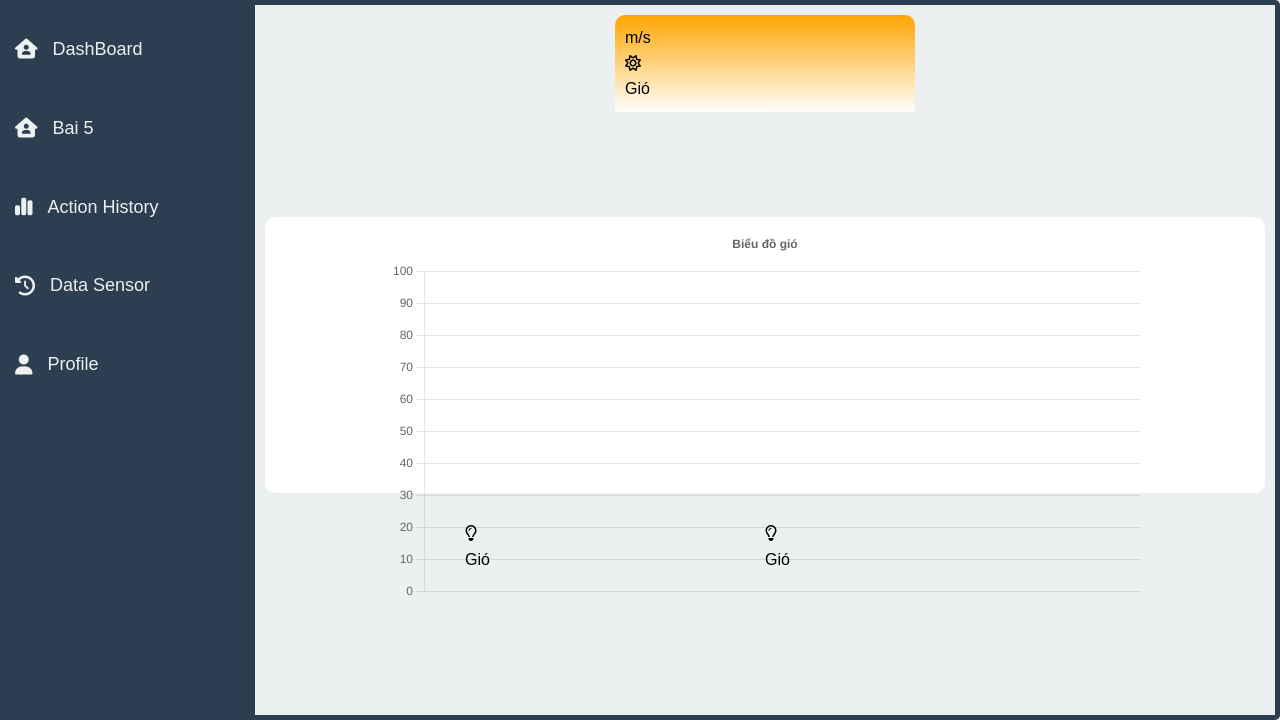
Repository: duongnoob23/duyyyy
Page: /bai5 (app in iot/)
An editor plug-in stored every save of this project. The page is shown before and after the next save, followed by the edit.
The browser window is 1280 px wide. The pictures show the whole page.
The page's requests for data from a server got no answer. Some web libraries are served in a nearby version. The project was rebuilt for these pictures with package versions that can differ from the ones it lists, and the page was loaded fresh each time. No one was signed in, and anything a server would have sent is missing. Also part of the build but not shown: iot/src/App.css, iot/src/Components/Doughnut/GaugeChart.js, iot/src/Components/LineChart/LineChartECharts.js, iot/src/Pages/Home/Home.js, iot/src/Pages/DataLogs/DataLogs.js, iot/src/Pages/Profile/Profile.css, iot/src/Pages/Profile/Profile.js, iot/src/Pages/Action/Action.js and 1 more.

Above is the page before, as saved 2024-12-02 21:10:57.

### iot/public/index.html
<!DOCTYPE html>
<html lang="en">
  <head>
    <meta charset="utf-8" />
    <link rel="icon" href="%PUBLIC_URL%/favicon.ico" />
    <meta name="viewport" content="width=device-width, initial-scale=1" />
    <meta name="theme-color" content="#000000" />
    <meta
      name="description"
      content="Web site created using create-react-app"
    />
    <link rel="apple-touch-icon" href="%PUBLIC_URL%/logo192.png" />
    <!--
      manifest.json provides metadata used when your web app is installed on a
      user's mobile device or desktop. See https://developers.google.com/web/fundamentals/web-app-manifest/
    -->
    <link rel="manifest" href="%PUBLIC_URL%/manifest.json" />
    <!--
      Notice the use of %PUBLIC_URL% in the tags above.
      It will be replaced with the URL of the `public` folder during the build.
      Only files inside the `public` folder can be referenced from the HTML.

      Unlike "/favicon.ico" or "favicon.ico", "%PUBLIC_URL%/favicon.ico" will
      work correctly both with client-side routing and a non-root public URL.
      Learn how to configure a non-root public URL by running `npm run build`.
    -->
    <link rel="stylesheet" href="https://cdnjs.cloudflare.com/ajax/libs/font-awesome/6.6.0/css/all.min.css" integrity="sha512-Kc323vGBEqzTmouAECnVceyQqyqdsSiqLQISBL29aUW4U/M7pSPA/gEUZQqv1cwx4OnYxTxve5UMg5GT6L4JJg==" crossorigin="anonymous" referrerpolicy="no-referrer" />
    <title>React App</title>
    <script src="https://code.highcharts.com/highcharts.js"></script>
  </head>
  <body>
    <noscript>You need to enable JavaScript to run this app.</noscript>
    <div id="root"></div>
    <!--
      This HTML file is a template.
      If you open it directly in the browser, you will see an empty page.

      You can add webfonts, meta tags, or analytics to this file.
      The build step will place the bundled scripts into the <body> tag.

      To begin the development, run `npm start` or `yarn start`.
      To create a production bundle, use `npm run build` or `yarn build`.
    -->
  </body>
</html>

### iot/src/index.js
import React from 'react';
import { DatePicker } from 'antd';
import ReactDOM from 'react-dom/client';
import './index.css';
import App from './App';
import reportWebVitals from './reportWebVitals';
import { BrowserRouter } from 'react-router-dom';


const root = ReactDOM.createRoot(document.getElementById('root'));
root.render(
  // <React.StrictMode>
  <BrowserRouter>
    <App />
  </BrowserRouter>

  // </React.StrictMode>
);


reportWebVitals();

### iot/src/index.css
body {
  margin: 0;
  font-family: -apple-system, BlinkMacSystemFont, 'Segoe UI', 'Roboto', 'Oxygen',
    'Ubuntu', 'Cantarell', 'Fira Sans', 'Droid Sans', 'Helvetica Neue',
    sans-serif;
  -webkit-font-smoothing: antialiased;
  -moz-osx-font-smoothing: grayscale;
}

code {
  font-family: source-code-pro, Menlo, Monaco, Consolas, 'Courier New',
    monospace;
}

*{
  box-sizing: border-box;
  font-family: Arial, Helvetica, sans-serif;
}

html{
  font-size: 62.5%;
}

ul,li{
  list-style-type: none;
  margin: 0;
  padding:0;
}
a{
  text-decoration: none;
}

body{
  margin: 0;
  padding: 0;

}

### iot/src/App.js
// import logo from './logo.svg';
import './App.css';
import Layout from './Components/Layout/Layout';
import { Routes,Route} from 'react-router-dom';
import Home from './Pages/Home/Home';
import DataLogs from './Pages/DataLogs/DataLogs';
import Profile from './Pages/Profile/Profile';
import Action from './Pages/Action/Action';
import Bai5 from './Pages/Bai5/Bai5';
function App() {
  return (
    <>

      <Routes>
          <Route path="/" element = {<Layout/>}>
            <Route path='home' element={<Home/>}/>
            <Route path='bai5' element={<Bai5 />}/>
            <Route path='datalogs' element={<DataLogs/>}/>
            <Route path='profile' element={<Profile/>}/>
            <Route path='action' element={<Action/>}/>
          </Route>
      </Routes>
    </>
  );
}

export default App;

### iot/src/Components/Layout/Layout.js
import './Layout.css'
import { Link, Outlet, } from "react-router-dom";
// import { useState } from "react";

function Layout(){

    return (
        <>

        <div className="dashBoard">
        <div className="sideBar">
            <ul className="sideBar-list">
                <li className="sideBar-item">
                    {/* <a  href="#" className="sideBar-icon">
                        <i className="fa-solid fa-house-user">
                        </i>
                        <span className='sideBar-text'>DashBoard</span>
                    </a> */}
                    <Link className='sideBar-icon' to={"/home"}>
                        <i className="fa-solid fa-house-user">
                        </i>
                        <span className='sideBar-text'>DashBoard</span>
                    </Link>
                </li>
                <li className="sideBar-item">
                    <Link className='sideBar-icon' to={"/bai5"}>
                        <i className="fa-solid fa-house-user">
                        </i>
                        <span className='sideBar-text'>Bai 5</span>
                    </Link>
                </li>
                <li className="sideBar-item">
                <Link  className="sideBar-icon" to={"/action"}>
                    <i className="fa-solid fa-chart-simple"></i>
                        <span className='sideBar-text'>Action History</span>
                    </Link>
                </li>
                <li className="sideBar-item">
                    <Link className="sideBar-icon" to={"/datalogs"} >
                    <i className="fa-solid fa-clock-rotate-left"></i>
                        <span className='sideBar-text'> Data Sensor</span>
                    </Link>
                </li>
                <li className="sideBar-item">

                    <Link className="sideBar-icon" to={"/profile"}>
                        <i className="fa-solid fa-user"></i>
                        <span className='sideBar-text'>Profile</span>
                    </Link>
                </li>
            </ul>
        </div>
        <div className="sideMain">
            <Outlet/>
        </div>
    </div>
        </>
    )
}

export default Layout;

### iot/src/Components/Layout/Layout.css


/* Reset default padding and margins */
* {
    margin: 0;
    padding: 0;
    box-sizing: border-box;
}

/* DashBoard container */
.dashBoard {
    display: flex;
    height : 100vh;
    font-family: 'Roboto', sans-serif;
}

/* SideBar styling */
.sideBar {
    width: 250px;
    background-color: #2c3e50;
    padding: 20px 0;
    position: fixed;
    height: 100%;
    transition: all 0.3s ease;
}

.sideBar-list {
    list-style: none;
    padding-left: 0;
}

.sideBar-item {
    margin-bottom: 20px;
}

.sideBar-icon {
    display: flex;
    align-items: center;
    padding: 15px;
    color: #ecf0f1;
    text-decoration: none;
    transition: background 0.3s ease, color 0.3s ease;
}

.sideBar-icon i {
    margin-right: 15px;
    font-size: 20px;
}

/* Hover effect for sidebar items */
.sideBar-icon:hover {
    background-color: #34495e;
    color: #1abc9c;
    cursor: pointer;
    padding-left: 25px; /* Add a slide effect */
    transition: all 0.3s ease;
}

.sideBar-text {
    font-size: 18px;
}

/* Active link effect */
.sideBar-icon.active {
    background-color: #1abc9c;
    color: #fff;
    border-radius: 8px;
    transition: all 0.3s ease;
}

/* SideMain styling */
.sideMain {
    margin-left: 250px;
    background-color: #ecf0f1;
    flex-grow: 1;
}

/* Responsive Design */
@media screen and (max-width: 768px) {
    .sideBar {
        width: 200px;
    }

    .sideBar-icon {
        padding: 10px;
    }

    .sideMain {
        margin-left: 200px;
        padding: 20px;
    }
}

@media screen and (max-width: 576px) {
    .sideBar {
        width: 60px;
    }

    .sideBar-icon i {
        margin-right: 0;
        text-align: center;
        flex: 1;
    }

    .sideBar-text {
        display: none;
    }

    .sideMain {
        margin-left: 60px;
        padding: 10px;
    }
}

### iot/src/Pages/Home/Home.css
/* General Styling */
.main {
    display: flex;
    flex-direction: column;
    height : 100%; /* Chiếm toàn bộ chiều cao của màn hình */

    box-sizing: border-box; /* Đảm bảo padding không làm thay đổi kích thước */
}

.section {
  width: 100%;
  height : 100%;
}



.section-one{
    width: 100vh;
    height : 100%;
    display: flex;
    flex-direction: row;

}

.left{
  width: 75%;
}

.right{
  width: 25%;
}

.sensor{
    height: 30%;
}


.sensor-list {
    height: 100%;
    display: flex;
    list-style-type: none;
    padding: 0;
    margin: 0;
    justify-content: space-between; /* Rải đều các phần tử trong container */
    width: 100%; /* Chiếm toàn bộ chiều rộng của màn hình */
}

.sensor-item {
    flex: 1; /* Các phần tử sẽ tự động chiếm đều không gian */
    /* padding: 5px; */
    background-color: #ffffff;
    border-radius: 12px;
    box-shadow: 0 4px 12px rgba(0, 0, 0, 0.1);
    display: flex;
    flex-direction: column;
    align-items: center;
    text-align: center;
    margin: 10px;
    min-width: 50px; /* Đảm bảo các phần tử không quá nhỏ */
}
  .sensor-item .sensor-digit {
    font-size: 1.2em;
    font-weight: bold;
    margin-bottom: 5px;
    color: #333;
  }

  .sensor-item:nth-child(2){
    /* margin:10px 20px; */
  }

  .sensor-bar {
    width: 100%;
    height: 100px;
    background-color: #e0e0e0;
    border-radius: 8px;
    position: relative;
    overflow: hidden;
    margin: 10px 0;
  }

  .sensor-fill {
    position: absolute;
    bottom: 0;
    width: 100%;
    border-radius: 8px;
  }

  .sensor-item.light .sensor-fill {
    background-color: #ffb74d; /* Soft orange for light */
  }

  .sensor-item.temperature .sensor-fill {
    background-color: #ef5350; /* Soft red for temperature */
  }

  .sensor-item.humidity .sensor-fill {
    background-color: #42a5f5; /* Soft blue for humidity */
  }

  .label {
    font-size: 0.9em;
    font-weight: 600;
    color: #777;
  }
  /* Chart Section */
  .chart {
    height: 70%;
    width: 100%;
    /* margin-top: 20px; */
    /* margin: 15px; */
    padding: 0;
  }
.styleChart{
  aspect-ratio: 7/3;
}
  /* Electric Section */
  .electric {
    width: 100%;
    margin-top: 5px;
  }

  .electric-list {
    list-style: none;
    padding: 0;
    margin: 0;
    display: flex;
    flex-direction: column;
    justify-content: space-around;
    gap: 15px;
  }

  .electric-item {
    /* flex: 1; */
    text-align: center;
    padding: 20px;
    background-color: #f9f9f9;
    border-radius: 10px;
    box-shadow: 0px 4px 10px rgba(0, 0, 0, 0.1);
    transition: transform 0.3s ease, box-shadow 0.3s ease;
    width: 300px;
  }




  .electric-box {
    position: relative;
    margin-bottom: 10px;
  }

  .electric-input {
    display: none;
  }

  .electric-label {
    display: block;
    width: 60px;
    height: 30px;
    background-color: #ddd;
    border-radius: 15px;
    position: relative;
    cursor: pointer;
    transition: background-color 0.3s;
  }



  .electric-input:checked + .electric-label {
    background-color: #4caf50;
  }

  .electric-input:checked + .electric-label:before {
    left: 31px;
  }

  .on-off {
    font-weight: bold;
    margin-top: 8px;
    font-size: 16px;
  }

  .electric-item i {
    font-size: 36px;
    color: #4caf50;
  }

  .electric-item .light-icon,
  .electric-item .temp-icon,
  .electric-item .air-icon {
    color: #aaa;
  }

/* css button  */

### iot/src/Components/Helper/URL.js
export const URL = "http://localhost:3001";

### iot/src/Pages/DataLogs/DataLogs.css
*{
    box-sizing: border-box;
}
.table {
    width: 90%;
    border-collapse: collapse;
    margin: 10px;
    border-radius:10px;
    overflow: hidden;
}

.data{
    border:5px solid #2c3e50;
    border-radius: 0 5px 5px 0;
    height: 100%;
}

.table__body{
    border-radius: 10px;
    border: 2px solid #2c3e50;
}

.table__head{
    border: 2px solid #2c3e50;
}
th, td {
    padding: 10px;
    text-align: center;
    border-bottom: 1px solid #ddd;
}
th {
    background-color: #2c3e50;
    color: white;
}

.table-row__body{
    transition: all 0.1s linear;

}
.table-row__body:nth-child(even){
    background-color: #eee;

}
.table-row__body:hover{
    background-color: #2c3e50;
    color: #F4C427;

}

.table-row__body:active{
    background-color: #2c3e50;
    color: #F4C427;
}
.data__title{
    margin-left: 10px;
    font-size: 20px;
    font-weight: bold;
}

.data__sort{
    margin-left: 10px;
    font-size: 15px;
    font-weight: bold;
    margin-bottom: 10px;

}

.data__in{
    border-radius: 10px;
    border: 2px solid #7A40F2;
    margin: 10px;
}

### iot/src/Pages/Action/Action.css
* {
    box-sizing: border-box;
    font-family: 'Arial', sans-serif; /* Change this to your preferred font */
    font-size: 16px; /* Default font size */
    line-height: 1.6; /* Controls line spacing */
}


.action {
    border: 5px solid #2c3e50;
    border-radius: 0 5px 5px 0;
    height: 100vh; /* Full viewport height */
    display: flex;
    flex-direction: column;
    justify-content: space-between; /* Distribute space evenly */
}

.action-title {
    margin-left: 10px;
    font-size: 24px;
    font-weight: bold;
    margin-bottom: 20px;
}

.option {
    display: flex;
    align-items: center;
    margin-bottom: 20px;
}

.search {
    margin-left: 20px;
    display: flex;
    align-items: center;
}

.search__input {
    padding: 8px 15px;
    border-radius: 8px;
    outline: none;
    border: 1px solid #2c3e50;
    margin-right: 5px;
    font-size: 16px;
}

.search__icon {
    cursor: pointer;
    font-size: 20px;
    color: #2c3e50;
}

.select, .select2 {
    margin-left: auto;
    padding: 0 10px;
}

.select__list {
    padding: 8px 12px;
    border-radius: 8px;
    border: 1px solid #2c3e50;
    outline: none;
    font-size: 16px;
}

/* Table container to control overflow */
.table__container {
    flex-grow: 1;
    overflow-y: auto;
    border-radius: 10px;
    margin: 0 20px;
    padding-bottom: 20px;
}

.table {
    width: 100%;
    border-collapse: collapse;
}

.table__head {
    background-color: #2c3e50;
    color: white;
    border-radius: 10px 10px 0 0;
}

.table-row__head th, .table-row__body td {
    padding: 10px;
    text-align: center;
}

.table-row__body:nth-child(even) {
    background-color: #f7f7f7;
}

.table-row__body:hover {
    background-color: #2c3e50;
    color: #F4C427;
}

/* Maintain height to ensure 10 rows fill the page */
.table-row__body {
    height: 40px; /* Adjust this based on design preferences */
    transition: background-color 0.3s;
}

.table__body {
    border-radius: 0 0 10px 10px;
}

.pagination {
    margin-right: 20px;
    padding: 10px 0;
    text-align: right;
}

.pagi__list {
    display: flex;
    justify-content: flex-end;
    align-items: center;
    font-size: 16px;
}

.pagi__item {
    margin: 0 5px;
    cursor: pointer;
    padding: 5px 10px;
    border: 1px solid #3498db;
    border-radius: 5px;
    transition: background-color 0.3s;
}

.pagi__next, .pagi__pre {
    color: #3498db;
}

.pagi__cur {
    font-weight: bold;
    color: #fff;
    background-color: #15181b;
    border-radius: 5px;
    padding: 5px 10px;
}

/* Ensure last row visibility */
.table__container::-webkit-scrollbar {
    width: 6px;
}

.table__container::-webkit-scrollbar-thumb {
    background-color: #121518;
    border-radius: 10px;
}

### iot/src/Pages/Bai5/Bai5.css
.main{
    width: 100%;
    padding:10px;
    height: 100%;
    border:5px solid #2c3e50;
    border-radius: 0 5px 5px 0;
}


.section{
}

.section .section-two{
    height: 100%;
    width: 100%;
    display: flex;
    flex-direction: column;
}



.electric{
    background-color: white;
    /* padding:10px; */
    border-radius: 15px;
    /* margin-bottom: 15px; */
}

.electric-list{
    display: flex;
    justify-content: center;
    align-items: center;
    margin-left: -20px;
    height: 100%;
}

.electric-item{
    width: 80%;
    height: calc(100% / 3 - 10px);
    margin-left: 20px;
    /* background-color: white; */
    border-radius: 10px;
    padding: 10px;
    box-shadow: rgba(0, 0, 0, 0.35) 0px 5px 15px;
    color:#2c3e50;
    display: flex;
    flex-direction: column;
    justify-content: space-between;
    font-size: 15px;
    transition: all 0.25s linear;
    position: relative;
    /* cursor: pointer; */
}

/* .electric-item:hover{
    background-color: #2c3e50;
    color: white;
    box-shadow: #2c3e50 3px 3px 9px 0px;
} */

.electric-item i{
    font-size: 40px;
}

.electric-item .on-off{
    font-size: 20px;
    color: black;
    margin-top: 0;
}

.electric-item:hover .on-off{
    /* color:white; */
}

.electric-input{
    display: none;
}

.electric-input:checked + .electric-label{
    background-color: #2c3e50;
    box-shadow: white 0px 5px 15px;
}

.electric-input:checked + .electric-label:after{
    background-color: white;
    transform: translateX(17px);
}
.electric-input:checked .temperature{
    color: #2c3e50;
}


.electric-label{
    position: absolute;
    top:20px;
    right: 20px;
    width: 36px;
    height: 20px;
    border-radius: 20px;
    background-color: #F5F5F5;
    transition: all 0.25s linear;
    cursor: pointer;
}

.electric-label:after{
    cursor: pointer;
    content: "";
    position:  absolute;
    top:1px;
    left: 1px;
    width: 18px;
    height: 18px;
    border-radius: 50%;
    background-color: white;
    transition: all 0.25s linear;
    box-shadow: rgba(0, 0, 0, 0.35) 0px 5px 15px;
}

.electric-item .electric-light{
    display: inline-block;
    font-size: 40px;
    color: black;
    transition: all 0.4s linear;
    display: flex;
    justify-content: center;
    align-items: center;
}
.electric-item .electric-light.show{
    color: yellow;
    /* box-shadow: 0 0 3px 3px yellow; */
    filter: drop-shadow(0 0 10px rgba(255, 255, 0, 0.8)) drop-shadow(0 0 20px rgba(255, 255, 0, 0.642));
}

.electric-item .electric-air{
    display: flex;
    justify-content: center;
    align-items: center;
    color:black;
}

.electric-item .electric-air.show{
    content: "";
    animation:spin 2s linear infinite;
    color:#3acbe9;
    transition: all 0.4s linear;
}

.electric-item .electric-temperature{
    display: flex;
    justify-content: center;
    align-items: center;
    color:black;
}

.electric-item .electric-temperature.show{
    /* color: linear-gradient(to top,red ,yellow ); */
    background-image: linear-gradient(to top,red,yellow);
    color:transparent;
    background-clip: text;
    transition: all 0.4s linear;
}

@keyframes spin {
    to{
        transform: rotate(720deg);
    }
  }

.meter{
    background-color: white;
    padding:10px;
    border-radius: 15px;
    margin-bottom: 5px;
}

.meter-list{
    display: flex;
    justify-content: center;
    align-items: center;
    margin-left: -20px;
}

.meter-item{
    width: calc(100% / 3 - 20px);
    height: 120px;
    margin-left: 20px;
    /* background-color: white; */
    border-radius: 10px;
    padding: 10px;
    box-shadow: rgba(0, 0, 0, 0.35) 0px 5px 15px;
    color:black;
    display: flex;
    flex-direction: column;
    justify-content: space-between;
    font-size: 18px;
    transition: all 0.25s linear;
    position: relative;
}
.meter-item:first-child{
    /* background-image: linear-gradient(to bottom,#F4C427,white); */
    background-color: #f4c427;
    }



.meter-item:last-child{
    /* background-image: linear-gradient(to bottom,#3ACBE9,white); */
    background-color: #3acbe9;
}

.meter-item:nth-child(2){
    /* background-image: linear-gradient(to bottom,#FF9060,white); */
    background-color: #FF9060;
}

.meter-digit
{
    text-align: start;
    font-size: 24px;
    font-weight: white;
}

.chart{
    width: 100%;
    height: 40%;
    border-radius: 10px;
    background-color: white;
    padding:10px;
    margin-bottom: 20px;
}



.blink {
    background-color: yellow;
    animation: blink 1s infinite;
  }

  @keyframes blink {
    0%, 100% {
      background-color: yellow;
    }
    50% {
      background-color: transparent;
    }
  }


.bai5{
    margin: 0 auto;
    width: 300px;
    height: 30%;
    margin-bottom: 10px;
    border-radius: 10px;
    overflow: hidden;
}

.bai5 .bai5-item{
    padding: 10px;
}
.control{
    width: 100%;
    height: 30%;
}

.control-list{
    display: flex;
    justify-content: center;
    align-items: center;
}

.control-item{
    width: 300px;
    height: 90%;
}

### iot/src/Components/LineChart/LineChartFix.js
import React, { useEffect,useState } from 'react';
import { Line } from 'react-chartjs-2';
import { Chart as ChartJS, CategoryScale, LinearScale, PointElement, LineElement, Title, Tooltip, Legend } from 'chart.js';
import {URL} from '../Helper/URL';
ChartJS.register(CategoryScale, LinearScale, PointElement, LineElement, Title, Tooltip, Legend);



const LineChartFix = ({onDataUpdate}) => {


  const [dataChart,setDataChart] = useState({
    labels:[],
    datasets:[],
  })
  // console.log(onDataUpdate);
  const fetchApi = () => {
    fetch(URL + `/windspeed`)
      .then(res => res.json())
      .then(data => {
        if (data) {
          console.log(data);

          // Adding index (increasing order) to the data
          let indexedData = data.results.map((item, index) => ({
            ...item,
            index: index + 1 // Adding index starting from 1
          }));

          // Extract time, temperature, humidity, and light values
          let time = indexedData.map(item => item.time);
          let temperature = indexedData.map(item => item.temperature);
          let humidity = indexedData.map(item => item.humidity);
          let light = indexedData.map(item => item.light / 10);
          let windspeed = indexedData.map(item => item.light/10 + 13);
          setDataChart({
            labels: time,
            datasets: [
              {
                label: 'Tốc độ gió ',
                data: windspeed,
                borderColor: 'rgba(255, 206, 86, 1)',
                backgroundColor: 'rgba(255, 206, 86, 0.2)',
                tension: 0.4,
              },
            ],
          });

          const option = {
            windspeed: windspeed[windspeed.length - 1 ],
          };

          onDataUpdate(option);
        }
      });
  };

  useEffect(() => {
    fetchApi(); // Lần gọi đầu tiên ngay khi component mount

    // const interval = setInterval(() => {
    //   fetchApi(); // Gọi API mỗi 5 giây (5000ms)
    // }, 5000);

    // return () => clearInterval(interval); // Dọn dẹp interval khi component unmount
  }, []);


  const options = {
    responsive: true,
    plugins: {
      legend: {
        position: 'top',
      },
      title: {
        display: true,
        text: 'Biểu đồ gió',
      },
    },
    scales: {
      y: {
        beginAtZero: true,
        max: 100, // Đặt giá trị tối đa cho trục y
      },
    },
  };


  return (
    <div style={{ maxWidth: '750px', margin: '0 auto' }}>
      <Line data={dataChart} options={options}  />
    </div>
  );
};

// onDataUpdate={handleDataUpdate}
export default LineChartFix;

Loaded but not shown: iot/src/reportWebVitals.js (common file); iot/src/Pages/Bai5/Bai5.js (119 lines, source omitted)

After the next save:
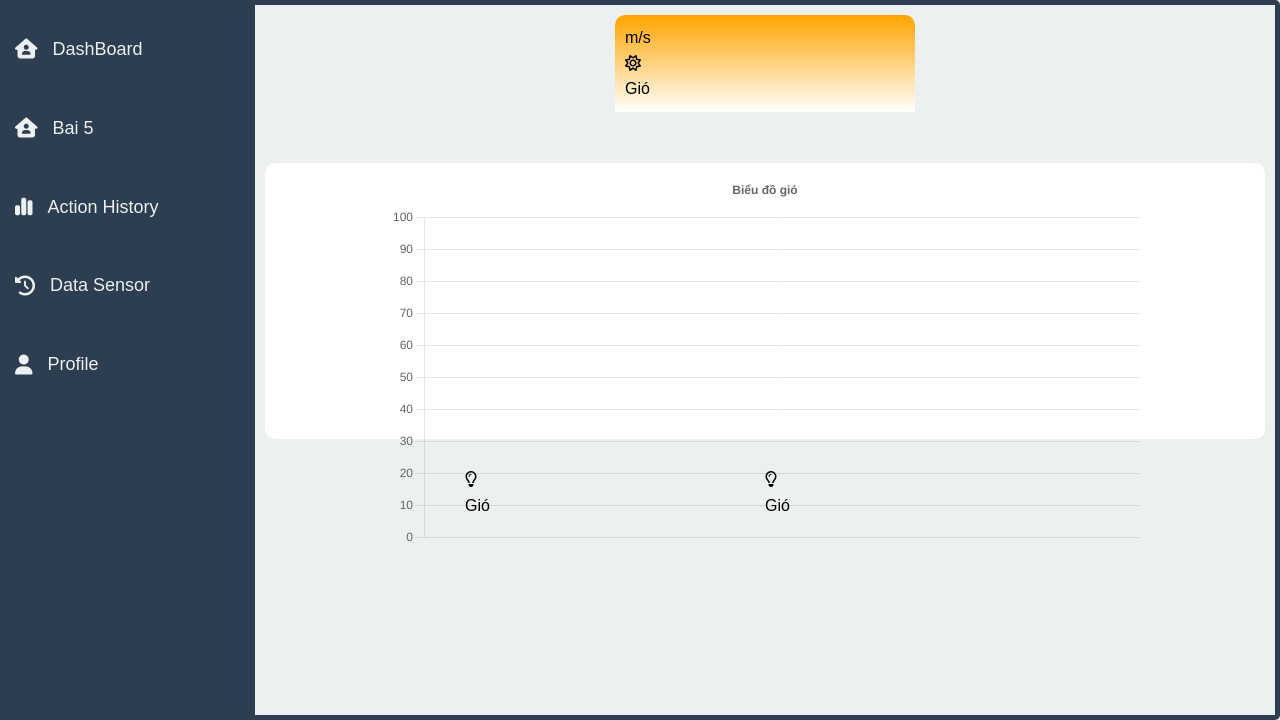
Saved 22 s later.
--- a/iot/src/Pages/Bai5/Bai5.css
+++ b/iot/src/Pages/Bai5/Bai5.css
@@ -249,7 +249,7 @@
 .bai5{
     margin: 0 auto;
     width: 300px;
-    height: 30%;
+    height: 20%;
     margin-bottom: 10px;
     border-radius: 10px;
     overflow: hidden;
